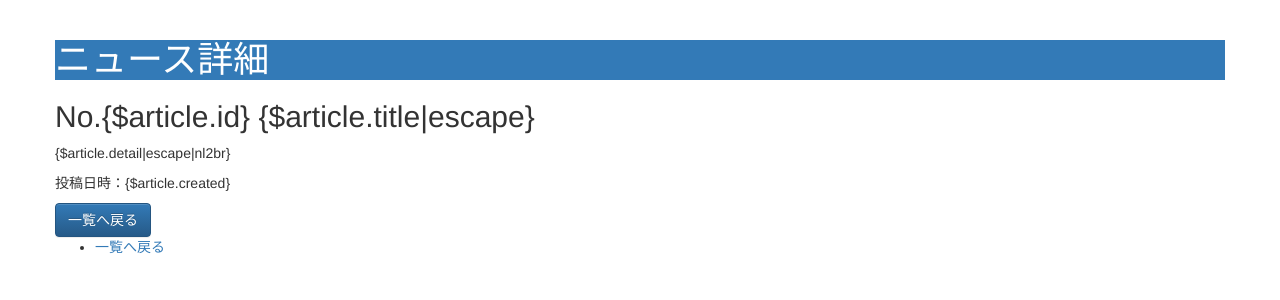
Repository: misakitaro/news-php-20160704-cl9
Page: templates/view.html
The author's editor kept a record of every edit. The page is drawn from the files as they stood at one moment, then again after the next edit.
The browser window is 1280 px wide. The pictures show the whole page.

Above is the page before.

### templates/view.html
<html>

<head>
  <meta http-equiv="Content-Type" content="text/html; charset=utf-8" />
  <!-- Latest compiled and minified CSS -->
  <link rel="stylesheet" href="https://maxcdn.bootstrapcdn.com/bootstrap/3.3.6/css/bootstrap.min.css" integrity="sha384-1q8mTJOASx8j1Au+a5WDVnPi2lkFfwwEAa8hDDdjZlpLegxhjVME1fgjWPGmkzs7" crossorigin="anonymous">
  <!-- Optional theme -->
  <link rel="stylesheet" href="https://maxcdn.bootstrapcdn.com/bootstrap/3.3.6/css/bootstrap-theme.min.css" integrity="sha384-fLW2N01lMqjakBkx3l/M9EahuwpSfeNvV63J5ezn3uZzapT0u7EYsXMjQV+0En5r" crossorigin="anonymous">

  <meta http-equiv="Content-Type" content="text/html; charset=utf-8" />
  <title>ニュース</title>
</head>

<body>
  <div class="container" style="padding:20px 0">
    <!-- タイトル -->
    <h1 class="bg-primary">ニュース詳細</h1>

    <h2>No.{$article.id} {$article.title|escape}</h2>
    <p>{$article.detail|escape|nl2br}</p>
    <p>投稿日時：{$article.created}</p>

    <!--<ul>-->
    <!--  <li><a href="edit_form.php?id={$article.id}">編集</a></li>-->
    <!--  <li><a href="delete_form.php?id={$article.id}">削除</a></li>-->
    <!--</ul>-->
    <!-- リンク -->
    <a href="index.php" class="btn btn-primary">一覧へ戻る</a></li>


    <ul>
      <li><a href="index.php">一覧へ戻る</a></li>
    </ul>
  </div>
  <!-- jquery -->
  <script src="http://code.jquery.com/jquery.js"></script>
  <!-- Latest compiled and minified JavaScript -->
  <script src="https://maxcdn.bootstrapcdn.com/bootstrap/3.3.6/js/bootstrap.min.js" integrity="sha384-0mSbJDEHialfmuBBQP6A4Qrprq5OVfW37PRR3j5ELqxss1yVqOtnepnHVP9aJ7xS" crossorigin="anonymous"></script>

</body>

</html>

After the next edit:
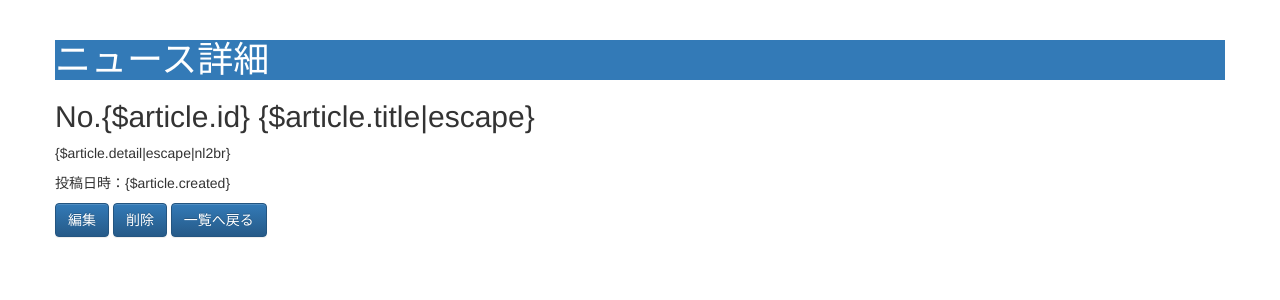
The edit:
--- a/templates/view.html
+++ b/templates/view.html
@@ -25,12 +25,10 @@
     <!--  <li><a href="delete_form.php?id={$article.id}">削除</a></li>-->
     <!--</ul>-->
     <!-- リンク -->
-    <a href="index.php" class="btn btn-primary">一覧へ戻る</a></li>
+    <a href="edit_form.php?id={$article.id}" class="btn btn-primary">編集</a>
+    <a href="delete_form.php?id={$article.id}" class="btn btn-primary">削除</a>
+    <a href="index.php" class="btn btn-primary">一覧へ戻る</a>
 
-
-    <ul>
-      <li><a href="index.php">一覧へ戻る</a></li>
-    </ul>
   </div>
   <!-- jquery -->
   <script src="http://code.jquery.com/jquery.js"></script>
